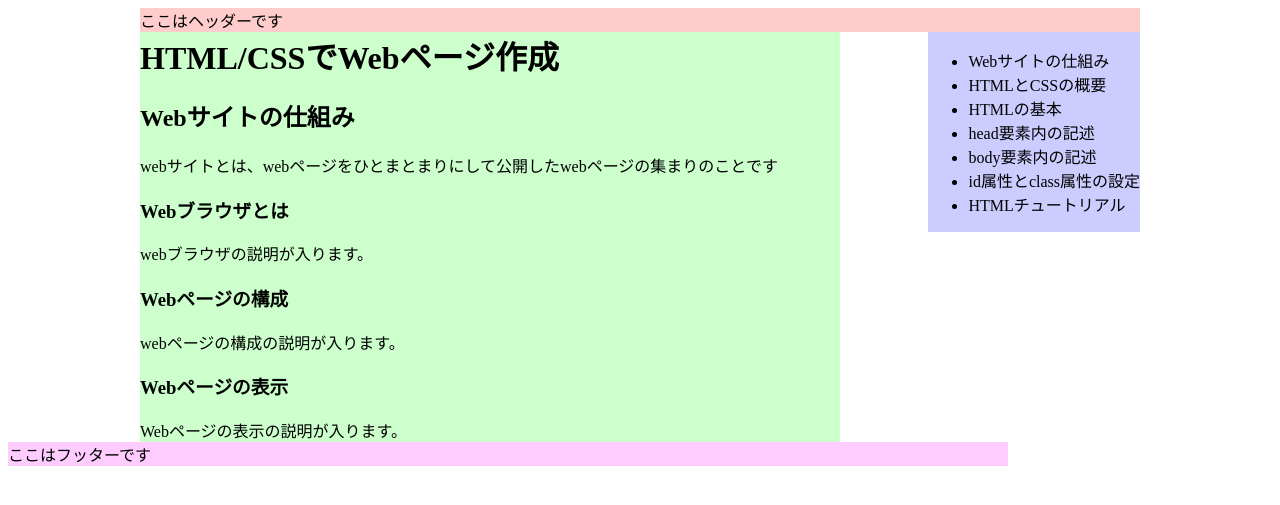
Repository: tak-hs/first-git
Page: kadai-html.html
The author's editor kept a record of every edit. The page is drawn from the files as they stood at one moment, then again after the next edit.
The browser window is 1280 px wide. The pictures show the whole page.

Above is the page before.

After the next edit:
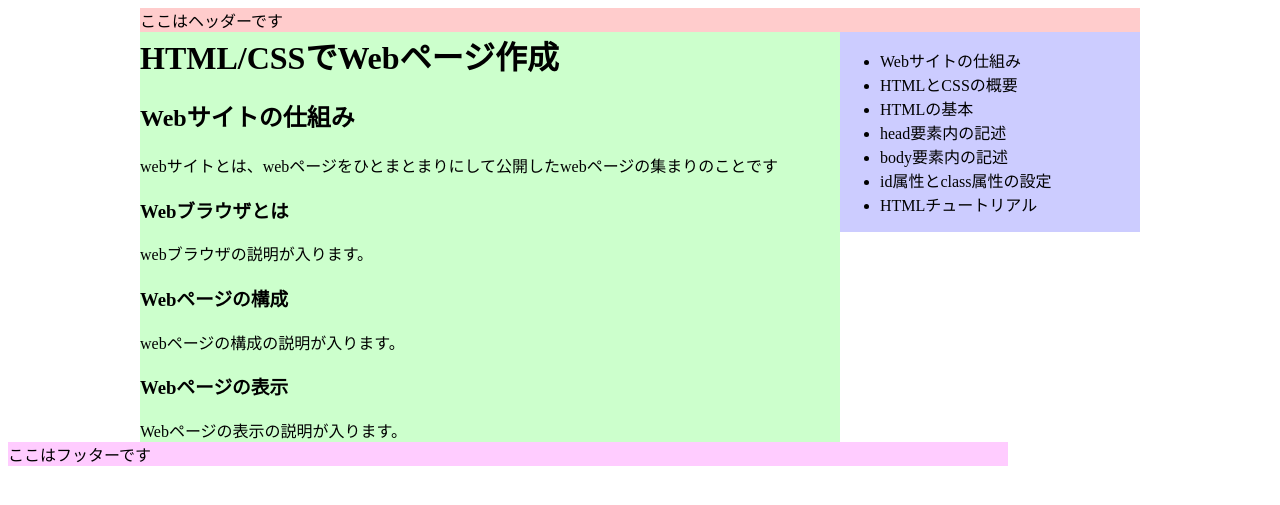
The edit:
--- a/kadai-css.css
+++ b/kadai-css.css
@@ -11,6 +11,7 @@
 }
 
 #global_navi{
+    width:300px;
     float:right;
     margin:0 auto;
     background-color:#ccccff;
